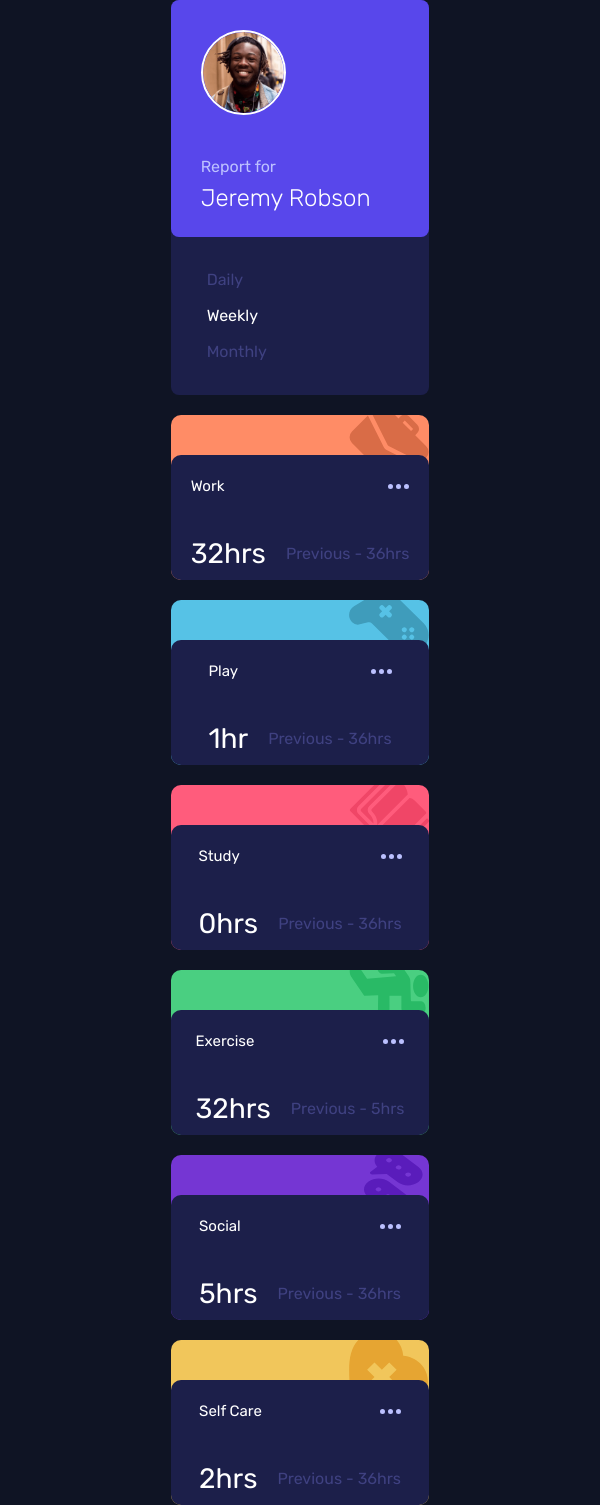
Repository: Akashiii1/WebTimeTracking_Day6
Page: index.html
These files come from the project's save history. The page is drawn as it stood at one moment and after the next save; the edit follows.
The browser window is 600 px wide. The pictures show the whole page.

Above is the page before, as saved 2021-12-27 00:43:59.

### index.html
<!DOCTYPE html>
<html lang="en">
  <head>
    <meta charset="UTF-8" />
    <meta name="viewport" content="width=device-width, initial-scale=1.0" />
    <!-- displays site properly based on user's device -->

    <link
      rel="icon"
      type="image/png"
      sizes="32x32"
      href="./images/favicon-32x32.png"
    />

    <title>Frontend Mentor | Time tracking dashboard</title>

    <!-- Feel free to remove these styles or customise in your own stylesheet 👍 -->
    <link rel="stylesheet" href="style.css" />
    <style>
      .attribution {
        font-size: 11px;
        text-align: center;
      }

      .attribution a {
        color: hsl(228, 45%, 44%);
      }
    </style>
  </head>

  <body>
    <div class="container">
      <div class="first">
        <div class="user">
          <div class="user-img">
            <img src="images/image-jeremy.png" alt="" />
          </div>
          <div class="user-content">
            <p class="user-info">Report for</p>
            <h2 class="user-name">Jeremy Robson</h2>
          </div>
        </div>
        <div class="options">
          <button class="user-btn">Daily</button>
          <button class="user-btn active">Weekly</button>
          <button class="user-btn">Monthly</button>

        </div>
      </div>
      <div class="work">
        <div class="content">
          <div class="heading">
            <h3 class="title">Work</h3>
            <img src="images/icon-ellipsis.svg" alt="">
          </div>
          <div class="wrapper">
            <h3 class="time">32hrs</h3>
          <div class="desc">Previous - 36hrs </div>
          </div>
        </div>
      </div>
      <div class="play">
        <div class="content">
          <div class="heading">
            <h3 class="title">Play</h3>
            <img src="images/icon-ellipsis.svg" alt="">
          </div>
          <div class="wrapper">
            <h3 class="time">1hr</h3>
          <div class="desc">Previous - 36hrs </div>
          </div>
        </div>
      </div>
      <div class="exercise">
        <div class="content">
          <div class="heading">
            <h3 class="title"> Exercise</h3>
            <img src="images/icon-ellipsis.svg" alt="">
          </div>
          <div class="wrapper">
            <h3 class="time">32hrs</h3>
          <div class="desc"> Previous - 5hrs </div>
          </div>
        </div>
      </div>
      <div class="social">
        <div class="content">
          <div class="heading">
            <h3 class="title">Social</h3>
            <img src="images/icon-ellipsis.svg" alt="">
          </div>
         <div class="wrapper">
          <h3 class="time">5hrs </h3>
          <div class="desc">Previous - 36hrs </div>
         </div>
        </div>
      </div>
      <div class="self">
        <div class="content">
          <div class="heading">
            <h3 class="title">Self Care</h3>
            <img src="images/icon-ellipsis.svg" alt="">
          </div>
        <div class="wrapper">
          <h3 class="time"> 2hrs</h3>
          <div class="desc">Previous - 36hrs </div>
        </div>
        </div>
      </div>
      <div class="study">
        <div class="content">
          <div class="heading">
            <h3 class="title">Study</h3>
            <img src="images/icon-ellipsis.svg" alt="">
          </div>
         <div class="wrapper">
          <h3 class="time">0hrs</h3>
          <div class="desc">Previous - 36hrs </div>
         </div>
        </div>
      </div>


    </div>

    <!-- <div class="attribution">
      Challenge by
      <a href="https://www.frontendmentor.io?ref=challenge" target="_blank"
        >Frontend Mentor</a
      >. Coded by <a href="#">Your Name Here</a>.
    </div> -->
    <script src="app.js"></script>
  </body>
</html>

### style.css
@import url('https://fonts.googleapis.com/css2?family=Rubik:wght@300;400;500&display=swap');
:root{
  --Blue: hsl(246, 80%, 60%);

 --Lightreda: hsl(15, 100%, 70%);/*(work)*/
 --Softblue : hsl(195, 74%, 62%);/*(play)*/
 --Lightred : hsl(348, 100%, 68%);/*(study)*/
 --Limegreen : hsl(145, 58%, 55%);/*(exercise)*/
 --Violet: hsl(264, 64%, 52%);/*(social)*/
 --Softorange : hsl(43, 84%, 65%);/*(self care)*/

  --Verydarkblue: hsl(226, 43%, 10%);
  --Darkblue: hsl(235, 46%, 20%);
  --Desaturatedblue: hsl(235, 45%, 61%);
  --PaleBlue: hsl(236, 100%, 87%);
}
*,
*::before,
*::after {
  box-sizing: border-box;
}
body,
h1,
h2,
h3,
h4,
h5,
h6,
p,
figure,
picture {
  margin: 0;
}
body {
  min-height: 100vh;
  line-height: 1.5;
}
input,
button,
select,
textarea {
  font: inherit;
}
img,
picture {
  display: block;
  max-width: 100%;
}
body{
  font-family: 'Rubik', sans-serif;
  background: var(--Verydarkblue);
  min-height: 100vh;
  display: flex;
  justify-content: center;
  align-items: center;
}
.container{
  max-width: 1120px;
  display: grid;
  min-height: 500px;
  grid-template-columns: repeat(4,1fr);
  /* grid-template-rows: repeat(2,1fr); */
  grid-gap:30px ;
  grid-template-areas: "user work play study"
                        "user exe social self";
}
.work{
  grid-area: work;
}
.play{
  grid-area: play;
}
.study{
  grid-area: study;
}
.exercise{
  grid-area: exe;
}
.social{
  grid-area: social;
}
.self{
  grid-area: self;
}
.first{
  background-color: var(--Darkblue);
  border-radius: 8px;
  display: flex;
  flex-direction: column;
  grid-area: user;
}
.user{
  background: var(--Blue);
  border-radius: 8px;
  padding: 30px;
  flex: 1;
}
.user-img{
  width: 85px;
  height: 85px;
  margin-bottom: 40px;
}
.user-img img{
  border-radius: 50%;
  border: 2px solid #fff;
  object-fit: cover;
}
.user-content{

}
.user-info{
  color: var(--PaleBlue);
  margin-bottom: 10px;
}
.user-name{
  color: #fff;
  font-weight: 300;
  line-height: 18px;
}
button{
  cursor: pointer;
}
.options{
  display: flex;
  flex-direction: column;
  justify-content: space-around;
  gap: 10px 0;
  align-items: flex-start;
  padding: 30px;
}
.user-btn{
  border: 0;
  outline: none;
  background-color: transparent;
  color:hsl(238.18,34.37%,37.65%);
}
.user-btn.active{
  color: #fff;
}
.work{
  background: url(images/icon-work.svg) no-repeat top -10px right/ 80px 80px ,var(--Lightreda);

}
.play{
  background: url(images/icon-play.svg) no-repeat top -10px right/ 80px 80px ,var(--Softblue);

}
.study,.work,.play,.exercise,.social,.self{
  padding-top: 40px;
  border-radius: 10px;
  overflow: hidden;
}
.content{
  background-color: var(--Darkblue);
  color: #fff;
  padding: 20px;
  border-radius: 10px;

}
.study{
  background: url(images/icon-study.svg) no-repeat top -10px right/ 80px 80px ,var(--Lightred);
}
.exercise{
  background: url(images/icon-exercise.svg) no-repeat top -10px right/ 80px 80px ,var(--Limegreen);
}
.social{
  background: url(images/icon-social.svg) no-repeat top -10px right/ 80px 80px ,var(--Violet);
}
.self{
  background: url(images/icon-self-care.svg) no-repeat top -10px right/ 80px 80px ,var(--Softorange);
}
.heading{
  display: flex;
  justify-content: space-between;
  align-items: center;
}
.heading h3{
  font-size: 15px;
  font-weight: 400;
}
.time{
  padding: 35px 0;
  font-size: 40px;
  font-weight: 400;
}
.desc{
  color: hsl(238.18,34.37%,37.65%);;
}
@media (max-width:750px){
  .container{
    grid-template-columns:1fr;

    /* grid-template-rows: repeat(2,1fr); */
    grid-gap:20px 0 ;
    grid-template-areas: "user"
                          "work"
                          "play"
                           "study"
                          "exe"
                           "social"
                            "self";
  }
  .study,.work,.play,.exercise,.social,.self{
    height: 165px;
  }
  .heading{
    flex: 1;
  }
  .content{
    display: flex;
    flex-wrap: wrap;

    align-content: center;
    flex-direction: column;
  }
  .wrapper{
    display: flex;
    justify-content: center;
    align-items: center;
    gap: 0 20px;
  }
  .time{
    font-size: 28px;
  }
}
/* remove animation for people who've turned them off */
@media (prefers-reduced-motion: reduce) {
  *,
  *::before,
  *::after {
    animation-duration: 0.01ms !important;
    animation-iteration-count: 1 !important;
    transition-duration: 0.01ms !important;
    scroll-behavior: auto !important;
  }
}

Loaded but not shown: app.js (no stored copy; drawn as an empty file)

After the next save:
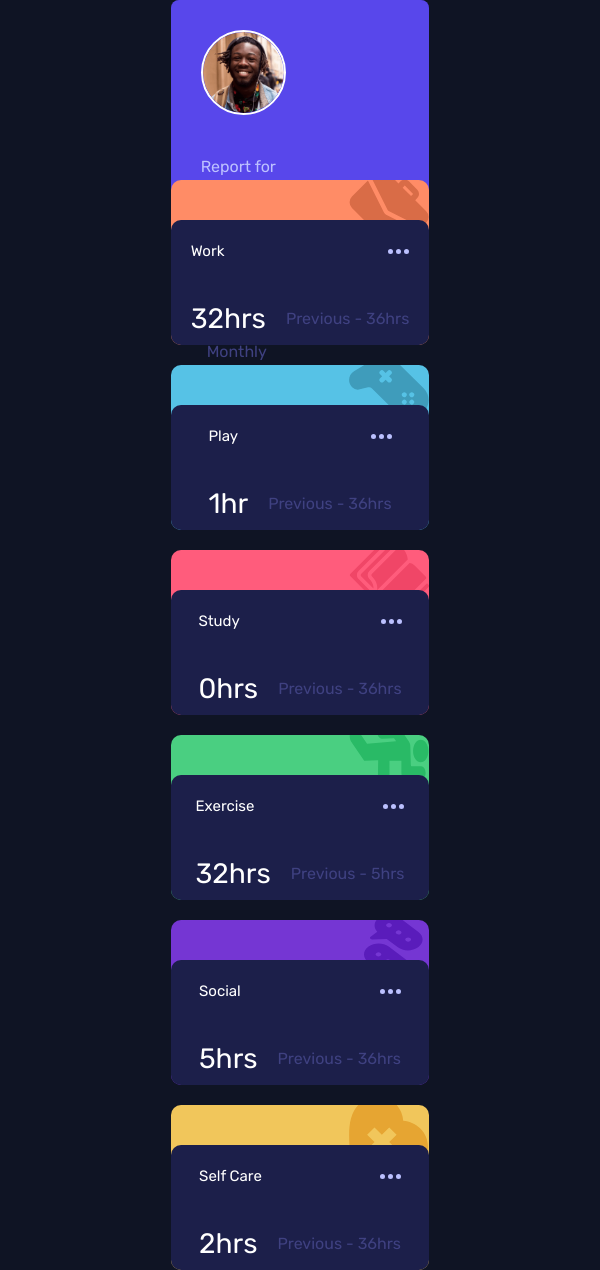
Saved 54 s later.
--- a/style.css
+++ b/style.css
@@ -222,6 +222,9 @@ button{
   .time{
     font-size: 28px;
   }
+  .first{
+    height: 160px;
+  }
 }
 /* remove animation for people who've turned them off */
 @media (prefers-reduced-motion: reduce) {
